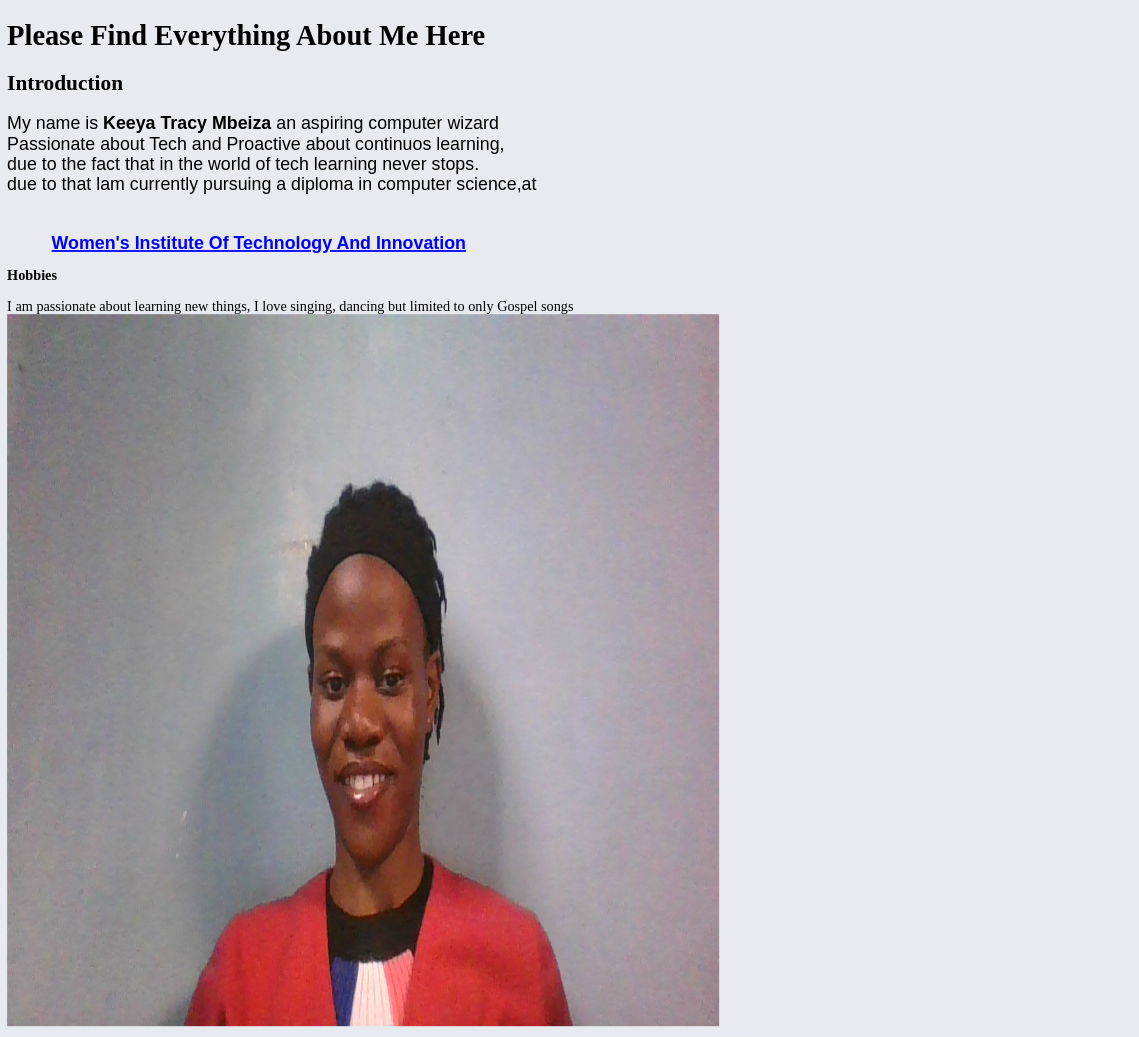
Repository: tracykeeya/my_first_web
Page: index.html
The author's editor kept a copy of each file at every save. The page is drawn from the files as they stood at one save, then again after the next save.
The browser window is 1280 px wide. The pictures show the whole page, at 89% of full size.

Above is the page before, as saved 2025-11-03 11:26:19.

After the next save:
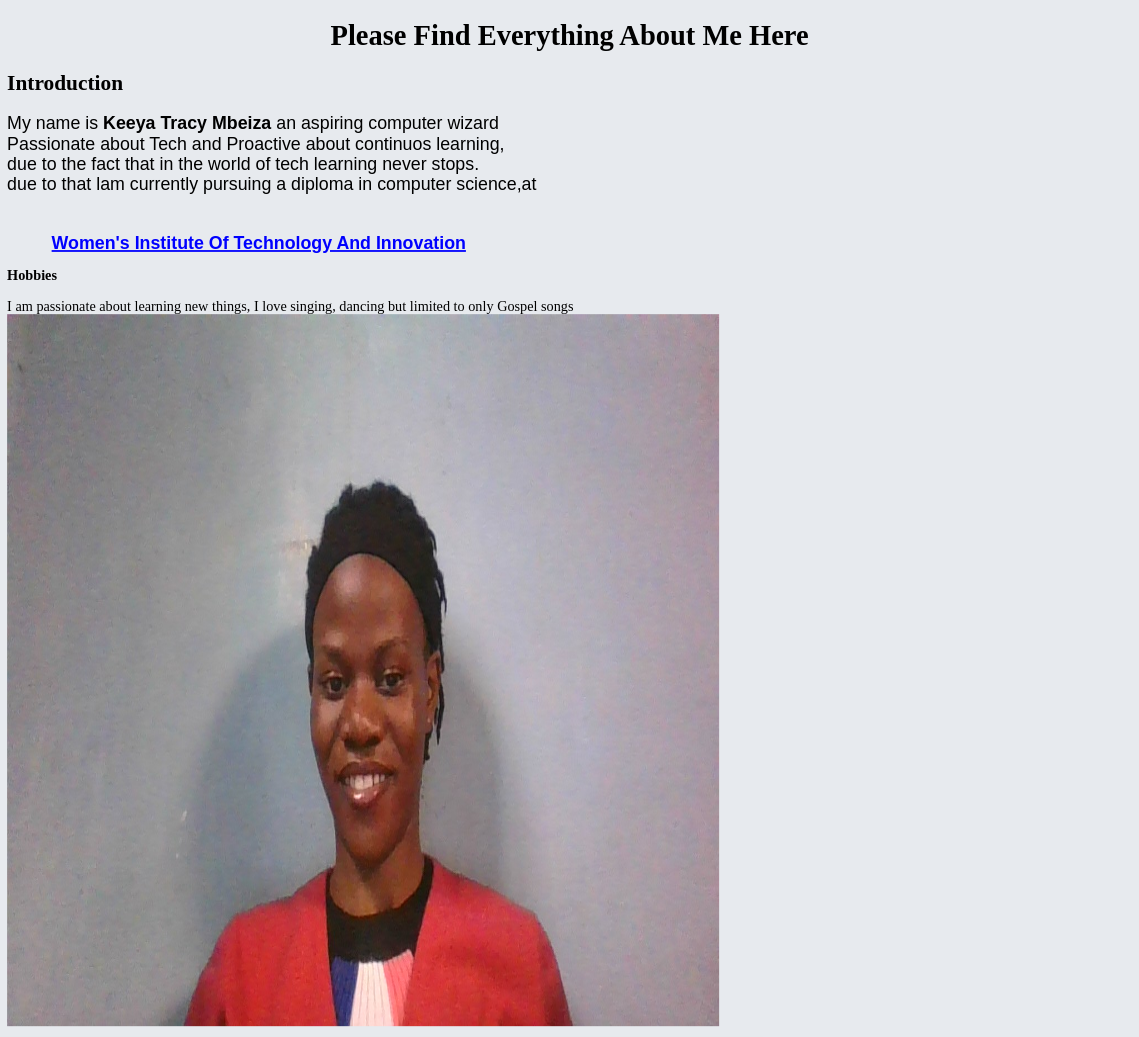
Saved 4 s later.
--- a/index.html
+++ b/index.html
@@ -6,7 +6,7 @@
     <title>My First Web Page</title>
 </head>
 <body style="background-color: rgb(231, 234, 238)" font-family="Arial, Helvetica, sans-serif" margin: 40px; color: #333;>
-    <h1 style="text-align: ;">Please Find Everything About Me Here</h1>
+    <h1 style="text-align: center;">Please Find Everything About Me Here</h1>
     <h2>Introduction</h2>
 
     <p style="font-size: 20px; font-family: Arial, Helvetica, sans-serif; text-align: left; color: rgb(0, 0, 0)">My name is<strong> Keeya Tracy Mbeiza</strong> an aspiring computer wizard<br>Passionate about Tech and Proactive about continuos learning,<br> due to the fact that in the world of tech learning never stops.<br> due to that lam currently pursuing a diploma in computer science,at<br>
